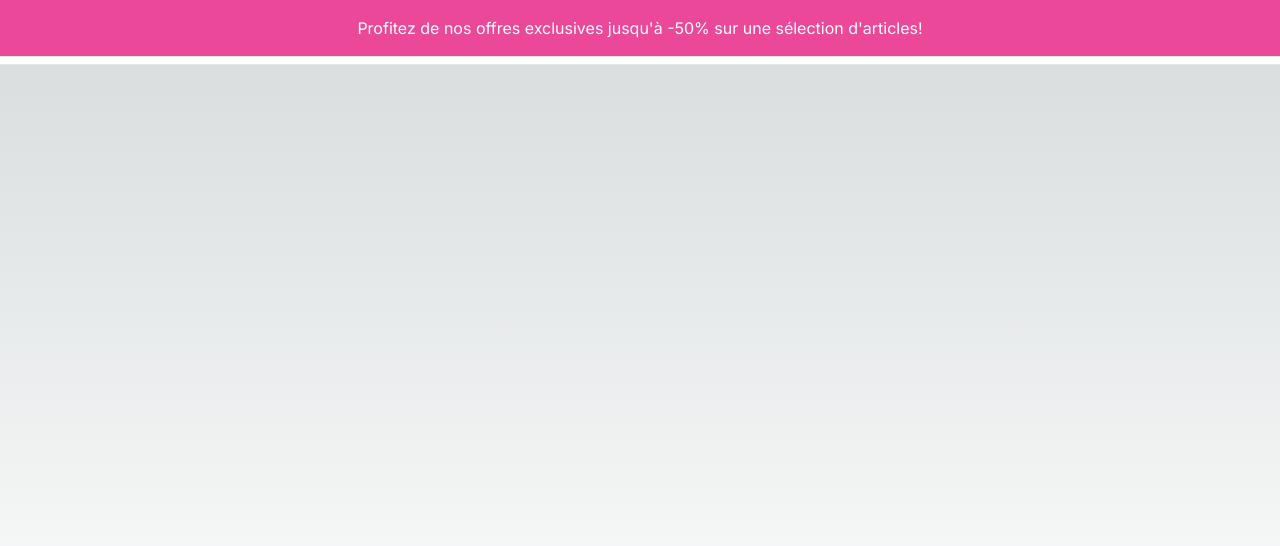
Repository: SDlevelUp/e-shop
Page: /
These files come from the project's save history. The page is drawn as it stood at one moment and after a run of saves; the edit follows.
The browser window is 1280 px wide. The pictures show the whole page.
The project was rebuilt for these pictures with package versions that can differ from the ones it lists, and the page was loaded fresh each time. The framework's server and built-in components were replaced by stand-ins that run in the browser. Also part of the build but not shown: next.config.js.

Above is the page before, as saved 2023-08-29 09:10:18.

### src/app/layout.js
import './globals.css'
import { Inter } from 'next/font/google';
import Navbar from '@/components/Navbar/Navbar';
import GlobalState from '@/context';
const inter = Inter({ subsets: ['latin'] })

export const metadata = {
  title: 'E-Shop, votre boutique en ligne',
  description: 'Generated by create next app',
};

export default function RootLayout({ children }) {
  return (
    <html lang="en">
      <head>
        <meta charSet="UTF-8" />
        <meta name="viewport" content="width=device-width, initial-scale=1.0" />
        <title>{metadata.title}</title>
        <meta name="description" content={metadata.description} />
      </head>
      <body className={inter.className}>
        <GlobalState>
          <Navbar />
          <main>{children}</main>
        </GlobalState>
      </body>
    </html>
  )
}

### src/app/page.js
import React from 'react';

function Home() {
  return (
    <main className="flex min-h-screen flex-col items-center justify-between p-24">
      <div>

      </div>
    </main>
  );
}

export default Home;

### src/components/Navbar/Navbar.jsx
"use client";

export default function Navbar() {
    return (
        <>

            <div className="bg-white fixed z-40 w-full top-0 left-0 border-b border-gray-200">
                <header className="bg-pink-500 z-50 w-full top-0 left-0 border-b border-gray-200 fixed">
                    <div className="max-w-screen-xl flex items-center justify-center mx-auto p-4">
                        <div className="flex items-center cursor-pointer">
                            <span className="text-white">
                                Profitez de nos offres exclusives jusqu'à -50% sur une sélection d'articles!
                            </span>
                        </div>
                    </div>
                </header>

                <nav className="max-w-screen-xl flex items-center justify-between mx-auto ">
                    <div className="flex items-center cursor-pointer">
                        <span className="self-center text-2xl font-semibold whitespace-nowrap p-4">
                            E-Shop
                        </span>
                    </div>
                    {/* Supprimez la div vide */}
                </nav>
            </div>
        </>
    );
}

### src/context/index.js
"use client";

import { createContext } from 'react';

export const GlobalContext = createContext(null);

export default function GlobalState({ children }) {
    return (
        <GlobalContext.Provider value={{}}>{children}</GlobalContext.Provider>
    )
}

Loaded but not shown: src/app/globals.css (common file); tailwind.config.js (common file)

After the next 3 saves:
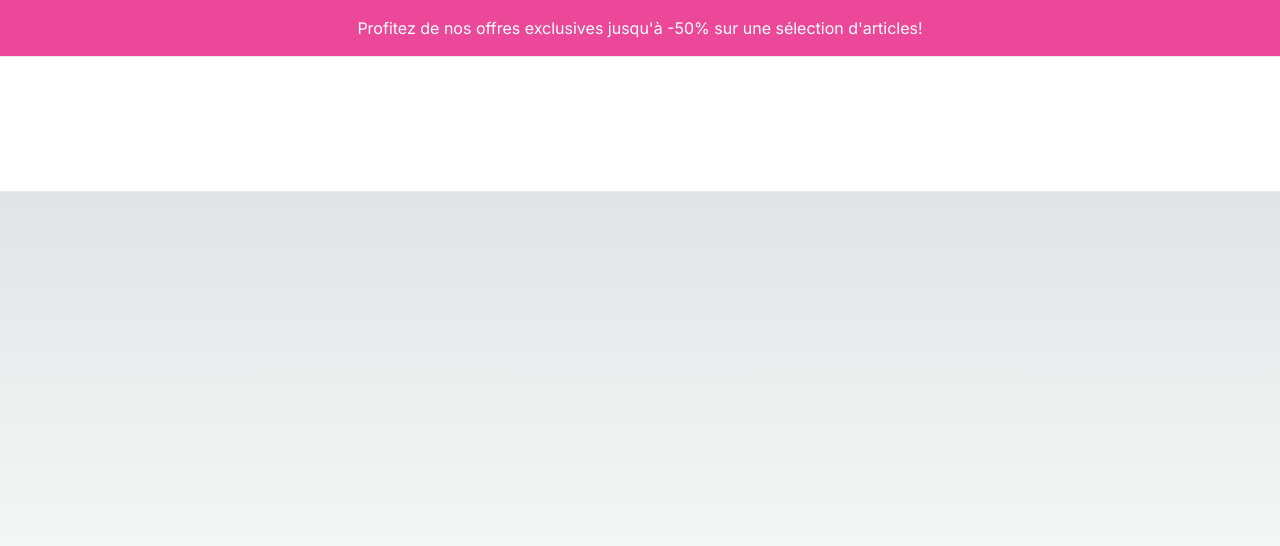
The 3 saves are shown as one change because they came seconds apart.
The last was saved 15 s later.
--- a/src/components/Navbar/Navbar.jsx
+++ b/src/components/Navbar/Navbar.jsx
@@ -3,8 +3,7 @@
 export default function Navbar() {
     return (
         <>
-
-            <div className="bg-white fixed z-40 w-full top-0 left-0 border-b border-gray-200">
+            <div className="bg-white fixed z-40 w-full top-0 left-0 border-b border-gray-200 h-48">
                 <header className="bg-pink-500 z-50 w-full top-0 left-0 border-b border-gray-200 fixed">
                     <div className="max-w-screen-xl flex items-center justify-center mx-auto p-4">
                         <div className="flex items-center cursor-pointer">
@@ -15,9 +14,9 @@ export default function Navbar() {
                     </div>
                 </header>
 
-                <nav className="max-w-screen-xl flex items-center justify-between mx-auto ">
+                <nav className="max-w-screen-xl flex items-center justify-between mx-auto p-4">
                     <div className="flex items-center cursor-pointer">
-                        <span className="self-center text-2xl font-semibold whitespace-nowrap p-4">
+                        <span className="self-center text-2xl font-semibold whitespace-nowrap">
                             E-Shop
                         </span>
                     </div>
